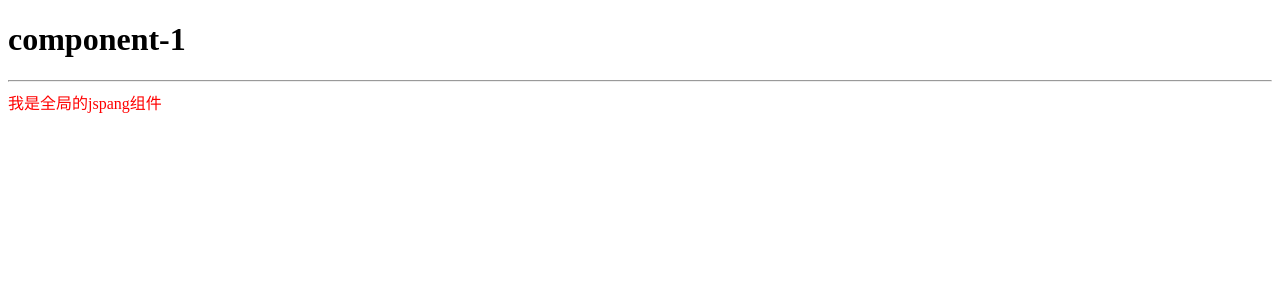
Repository: 13982720426/vue2.0-LearningNotes
Page: example/component-1.html
The author's editor kept a copy of each file at every save. The page is drawn from the files as they stood at one save, then again after the next save.
The browser window is 1280 px wide. The pictures show the whole page.

Above is the page before, as saved 2021-06-24 21:04:06.

After the next save:
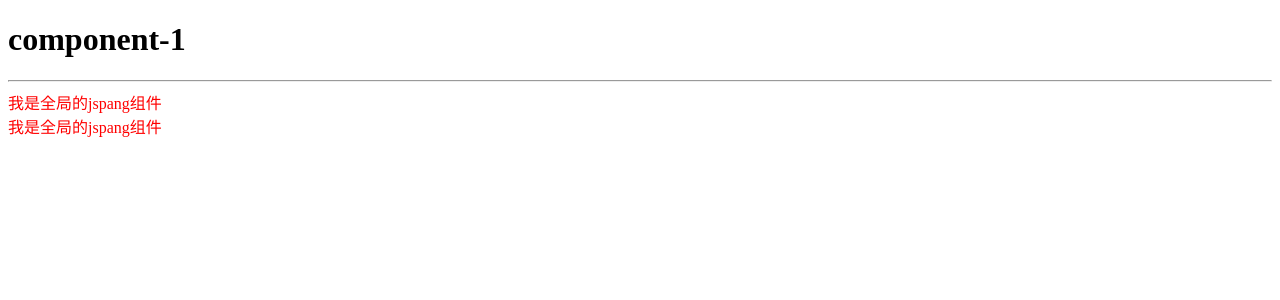
Saved 9 s later.
--- a/example/component-1.html
+++ b/example/component-1.html
@@ -24,7 +24,7 @@
         el: '#app',
       });
       var app2 = new Vue({
-        el: '#app',
+        el: '#app2',
       });
     </script>
   </body>

After the save that followed:
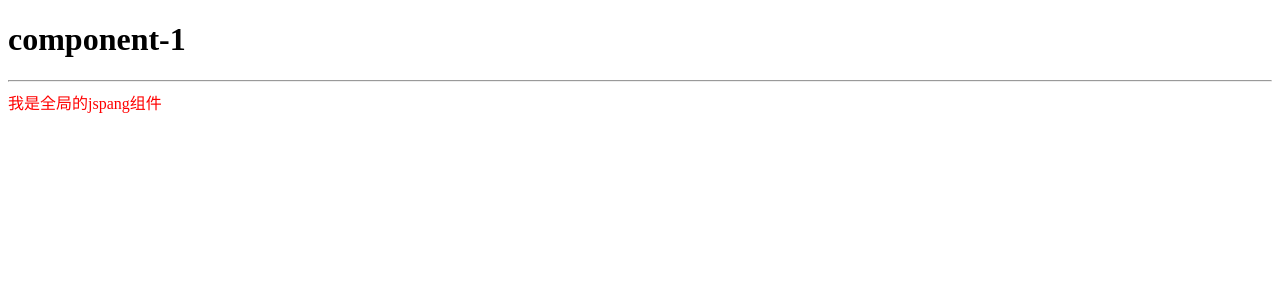
Saved 2 min 38 s later.
--- a/example/component-1.html
+++ b/example/component-1.html
@@ -13,9 +13,7 @@
     <div id="app">
       <jspang></jspang>
     </div>
-    <div id="app2">
-      <jspang></jspang>
-    </div>
+
     <script type="text/javascript">
       Vue.component('jspang', {
         template: `<div style='color:red'>我是全局的jspang组件</div>`,
@@ -23,9 +21,6 @@
       var app = new Vue({
         el: '#app',
       });
-      var app2 = new Vue({
-        el: '#app2',
-      });
     </script>
   </body>
 </html>
